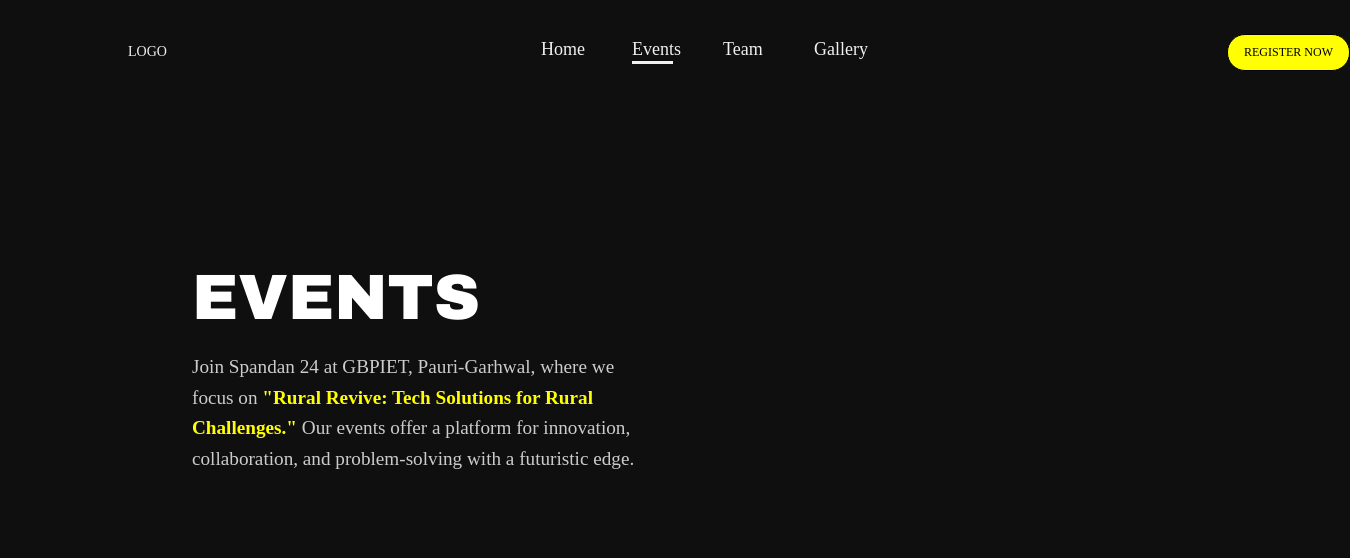
Repository: s4bbi/spandan-3.0
Page: /Events
The author's editor kept a copy of each file at every save. The page is drawn from the files as they stood at one save, then again after a run of saves.
The browser window is 1280 px wide. The page is 1350 px wide, so the pictures cover 1350 px, including what lies to the right of the window. The pictures show the whole page.
The project was rebuilt for these pictures with package versions that can differ from the ones it lists, and the page was loaded fresh each time. Also part of the build but not shown: vite.config.js, src/pages/Home/Home.jsx.

Above is the page before, as saved 2024-11-02 02:22:49.

### src/App.jsx
import React from 'react'
import Navbar from './components/Navbar/Navbar'
import { Route, Routes } from 'react-router-dom'
import Home from  './pages/Home/Home'
import Events from  './pages/Events/Events'


const App = () => {
  return (
    <div className='app'>
      <Navbar/>
      { <Routes>
        <Route path="/" element={<Home />} />
        <Route path="Events" element={<Events />} />
      </Routes> }
    </div>
  )
}

export default App

### src/components/Navbar/Navbar.jsx
import React, {useState} from 'react'
import './Navbar.css'
// import {assets} from'../../assets/assets'
const Navbar = () => {

  const [menu,setMenu] = useState("Events");
  return (
    <div className='navbar'>
        <h1 className="logo">LOGO</h1>
        <ul className="navbar-menu">
            <li onClick={()=>setMenu("Home")} className={menu=="Home"?"active":""}>Home</li>
            <li onClick={()=>setMenu("Events")} className={menu=="Events"?"active":""}>Events</li>
            <li onClick={()=>setMenu("Team")} className={menu=="Team"?"active":""}>Team</li>
            <li onClick={()=>setMenu("Gallery")} className={menu=="Gallery"?"active":""}>Gallery</li>
        </ul>


        <button>REGISTER NOW</button>
     </div>

  )
}

export default Navbar

### src/pages/Events/Events.jsx
import React from 'react'
import './Events.css'
import HeroSection from '../../components/HeroSection/HeroSection'

const Events = () => {
  return (
    <div>
      <HeroSection/>
    </div>
  )
}

export default Events

### src/components/Navbar/Navbar.css
.navbar{
    width: 1222px;
    height: 37px;
    margin-top: 34px;
    margin-left: 128px;
    border-radius: 20px 0px 0px 0px;
    display: flex;
    justify-content: space-between;
    align-items: center;
}

.logo{
    width: 41px;
    height: 17px;
    font-family: Gilroy-Light;
    font-size: 14px;
    font-weight: 400;
    line-height: 16.8px;
    text-align: left;
    color:#F0F0F0;
   }

.navbar-menu{
    display:flex;
    list-style:none;
    gap:50px;
    color:#F0F0F0;
    ;
   }

.navbar button{
    background:transparent;
    font-size: 12px;
    background-color:#FFFF00;
    font-family: Gilroy-SemiBold;
    border: 1px solid #010101;
    ;
    padding: 10px 16px 10px 16px;
    border-radius: 18px 18px 18px 18px;
    cursor: pointer;}
    /* transition: 0.3s; */
    /* width: Hug (132px)px; */
 /* height: Hug (37px)px;
top: 34px;
left: 1218px;
padding: 10px 16px 10px 16px;
} */

  .navbar button:hover{
    background-color:#FFFFFF;
    color: #e74c3c;
    }

  /* .navbar .active{
    padding-bottom: 3px;
    border-bottom: 3px solid #49557e;
}   */

.navbar .active {
    padding-bottom: 3px;
    border-bottom: 3px solid #F0F0F0;}
.navbar li{
    cursor: pointer;
    width: 41px;
    height: 17px;
    font-family: Gilroy-SemiBold;
    font-size: 18px;
    font-weight: 400;
    line-height: 17.15px;
    text-align: left;
}

### src/components/HeroSection/HeroSection.jsx
import React from 'react'
import "./HeroSection.css";
// import roboticHandImage from "../assets/eventsHand.webp";




const HeroSection = () => {
  return (
    <div>
      <section className="hero">
      <div className="hero-text">
        <h1 className="hero-title">EVENTS</h1>
        <p className="hero-description">
          Join Spandan 24 at GBPIET, Pauri-Garhwal, where we focus on <span className="highlight">"Rural Revive: Tech Solutions for Rural Challenges."</span> Our events offer a platform for innovation, collaboration, and problem-solving with a futuristic edge.
        </p>
      </div>
      {/* <img src={roboticHandImage} alt="Robotic Hand" className="hero-image" /> */}
    </section>
    </div>
  )
}

export default HeroSection

### src/components/HeroSection/HeroSection.css
.hero {
    display: flex;
    align-items: center;
    justify-content: space-between;
    /* padding-top: 50px;
    max-width: 1200px; */
    margin: 192px;
  }

  .hero-text {
    width: 50%;
    color: white;
  }

  .hero-title {
    font-size: 4em;
    margin: 0;
    font-family: 'Arial Black', sans-serif;
  }

  .hero-description {
    margin-top: 20px;
    font-size: 1.2em;
    line-height: 1.6;
    color: #ccc;
  }

  .highlight {
    color: yellow;
    font-weight: bold;
  }

  .hero-image {
    width: 45%;
    max-width: 500px;
    height: auto;
  }

### public/style.css
*{
    margin:0px;
    padding:0px;
}

body{
    background-color: #0f0f0f;
}

Loaded but not shown: index.html (common file); src/main.jsx (common file); src/pages/Events/Events.css (no stored copy; drawn as an empty file)

After the next 2 saves:
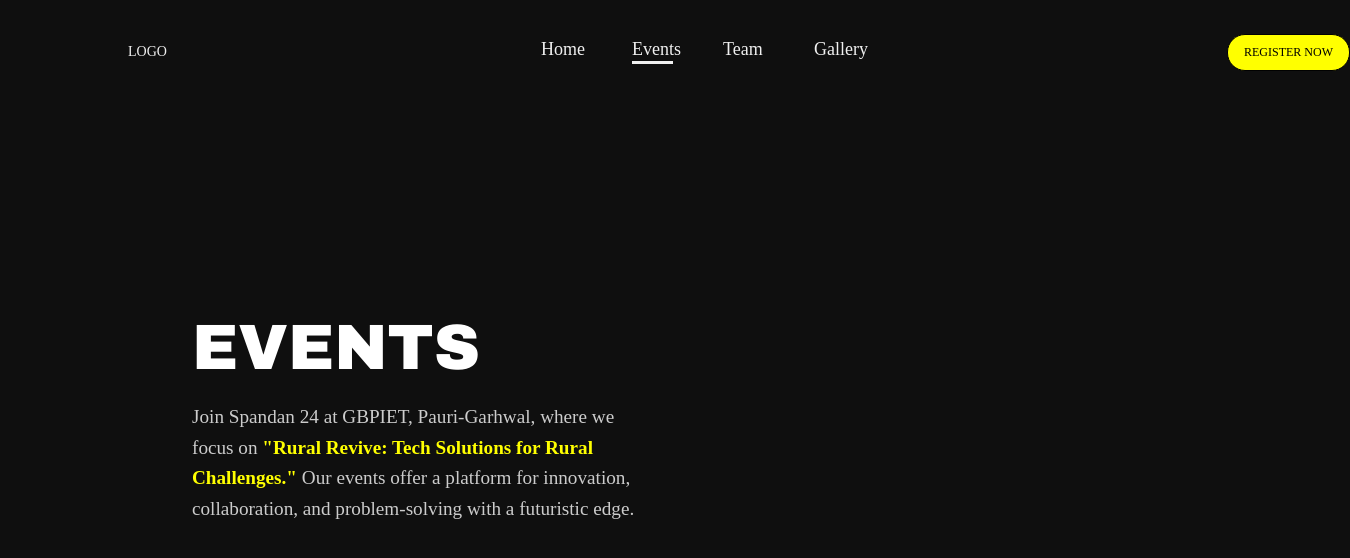
The 2 saves are shown as one change because they came seconds apart.
The last was saved 102 s later.
--- a/src/components/HeroSection/HeroSection.css
+++ b/src/components/HeroSection/HeroSection.css
@@ -2,8 +2,8 @@
     display: flex;
     align-items: center;
     justify-content: space-between;
-    /* padding-top: 50px;
-    max-width: 1200px; */
+    padding-top: 50px;
+    max-width: 1200px;
     margin: 192px;
   }
 
